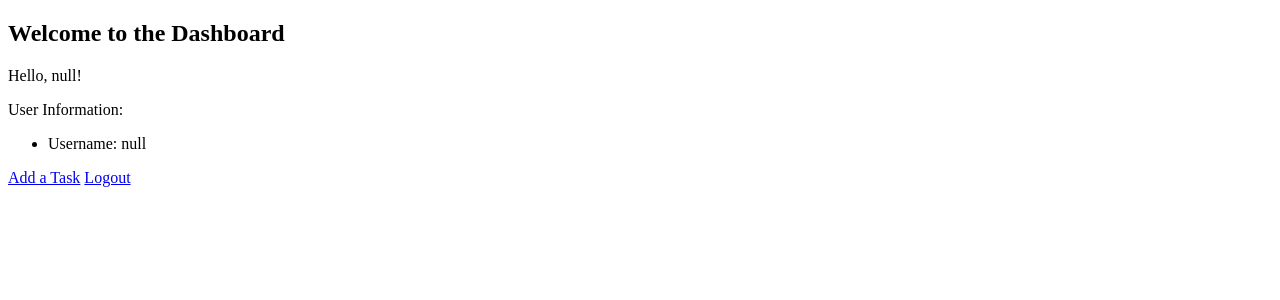
Repository: ABKADRI-AMINE/JAVA-EE
Page: http://localhost/todotp/dashbrd.jsp
These files come from the project's save history. The page is drawn as it stood at one moment and after the next save; the edit follows.
The browser window is 1280 px wide. The pictures show the whole page.
The page is served by Tomcat 9.

Above is the page before, as saved 2023-09-26 19:51:24.

After the next save:
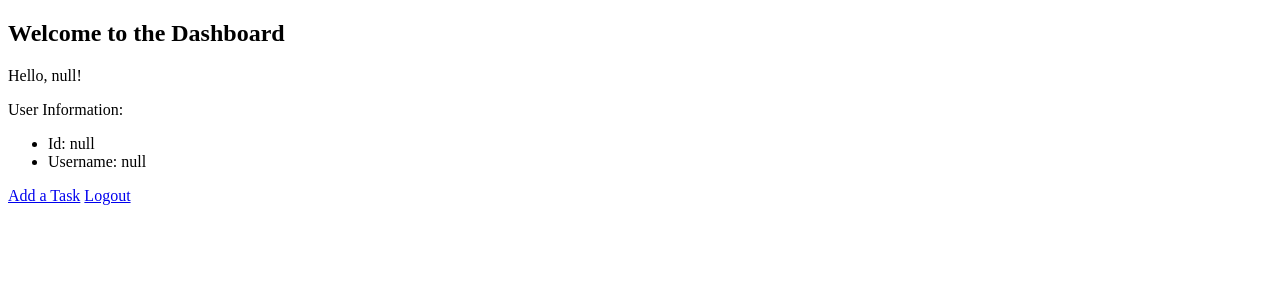
Saved 4 min 41 s later.
--- a/todotp/src/main/webapp/dashbrd.jsp
+++ b/todotp/src/main/webapp/dashbrd.jsp
@@ -13,6 +13,7 @@
     <!-- Display other user information -->
     <p>User Information:</p>
     <ul>
+    <li>Id: <%= session.getAttribute("id") %></li>
         <li>Username: <%= session.getAttribute("username") %></li>
         <!-- You can display other user information here -->
     </ul>
